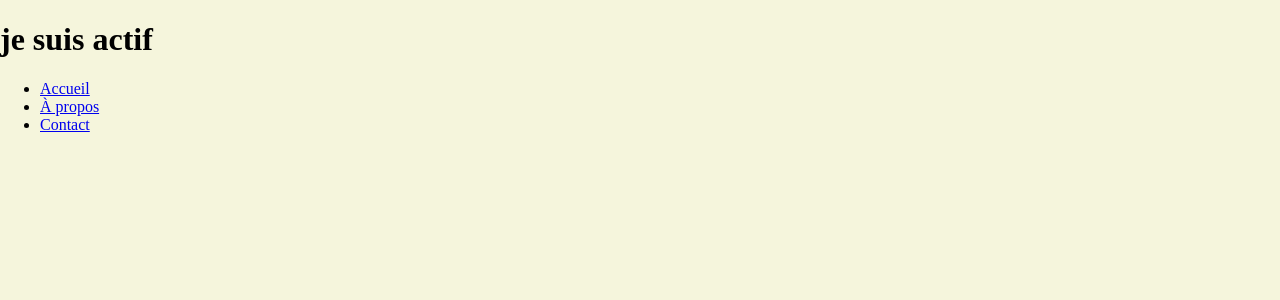
Repository: prestige225/prestige_services_et_finances
Page: PPL.HTML
An editor plug-in stored every save of this project. The page is shown before and after the next save, followed by the edit.
The browser window is 1280 px wide. The pictures show the whole page.

Above is the page before, as saved 2025-06-01 18:14:18.

After the next save:
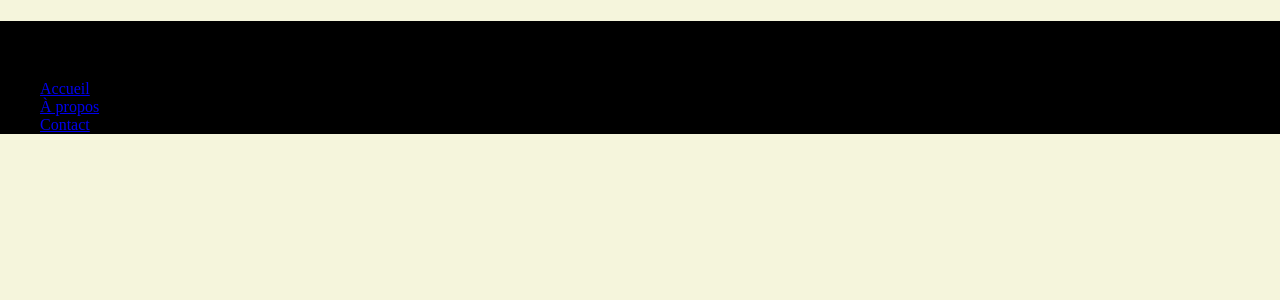
Saved 2 min 15 s later.
--- a/PPL.HTML
+++ b/PPL.HTML
@@ -11,6 +11,9 @@
         background-color: beige;
         margin: 0PX;
         padding: 0%;
+    }
+    header {
+        background-color: black;
     }
 </style>
 <body>
